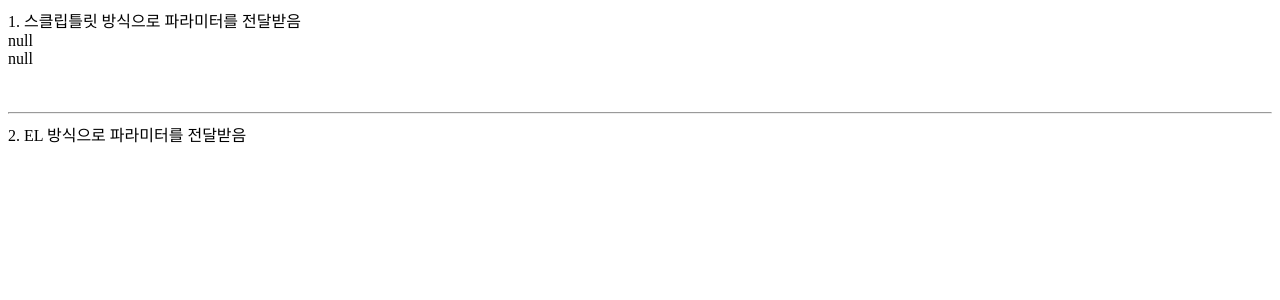
Repository: dhalfks/jsp_230602
Page: http://localhost/jstl_study/step2-3.jsp
These files come from the project's save history. The page is drawn as it stood at one moment and after the next save; the edit follows.
The browser window is 1280 px wide. The pictures show the whole page.
The page is served by Tomcat 9.

Above is the page before, as saved 2023-05-09 07:13:27.

After the next save:
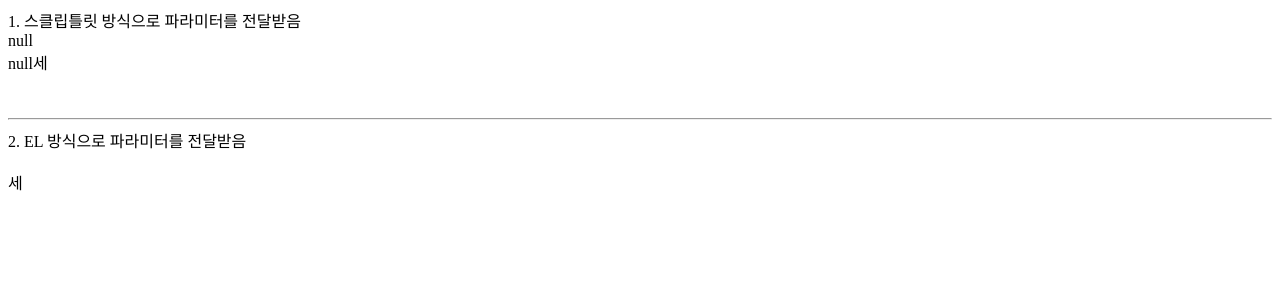
Saved 10 s later.
--- a/jstl_project/jstl_study/src/main/webapp/step2-3.jsp
+++ b/jstl_project/jstl_study/src/main/webapp/step2-3.jsp
@@ -9,13 +9,13 @@
 <body>
 	1. 스클립틀릿 방식으로 파라미터를 전달받음 <br>
 	<%=request.getParameter("nick") %><br>
-	<%=request.getParameter("age") %><br>
+	<%=request.getParameter("age") %>세<br>
 	<br><br>
 
 	<hr>
 	2. EL 방식으로 파라미터를 전달받음 <br>
 	${param.nick }<br>
-	${param.age }<br>
+	${param.age }세<br>
 
 
 </body>
